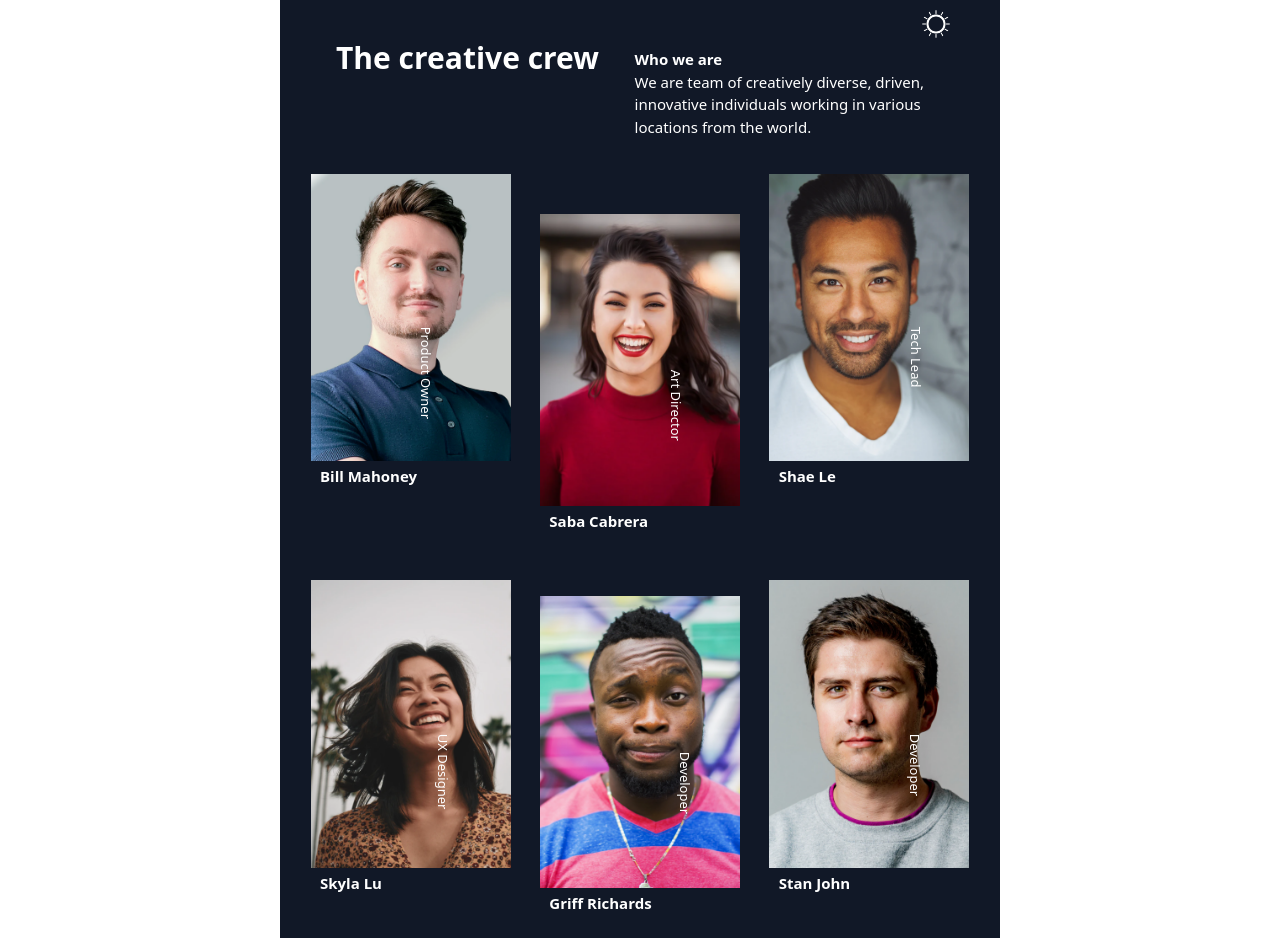
Repository: Alzate1075/Funval-G3-N2
Page: /
These files come from the project's save history. The page is drawn as it stood at one moment and after the next save; the edit follows.
The browser window is 1280 px wide. The pictures show the whole page.
The project was rebuilt for these pictures with package versions that can differ from the ones it lists, and the page was loaded fresh each time. Also part of the build but not shown: vite.config.js.

Above is the page before, as saved 2025-07-03 11:11:14.

After the next save:
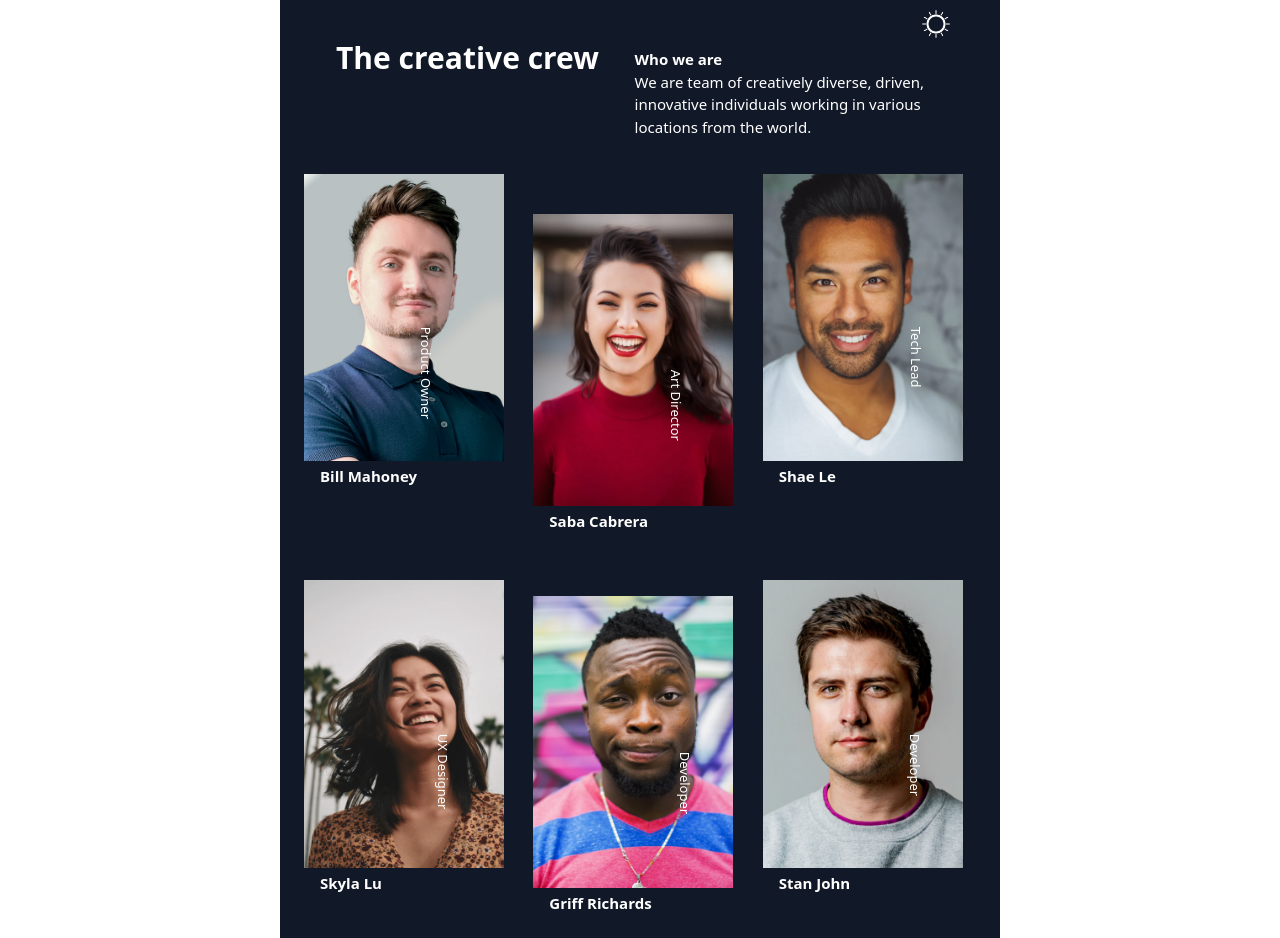
Saved 16 s later.
--- a/src/components/TeamCard.jsx
+++ b/src/components/TeamCard.jsx
@@ -2,7 +2,7 @@
 export function TeamCard(props) {
   return (
     <div className={`${props.extraClass}`}>
-      <div className="text-black md:text-white md:flex md:items-center md:justify-center gap-2 relative">
+      <div className="text-black md:text-white md:flex gap-2 relative">
         <img src={props.image} alt={props.name} className="md:w-[200px] w-20" />
         <span className="absolute right-0 top-1/2 -translate-y-end rotate-90 origin-left text-[10px] md:text-[13px]">
           {props.role}

After the save that followed:
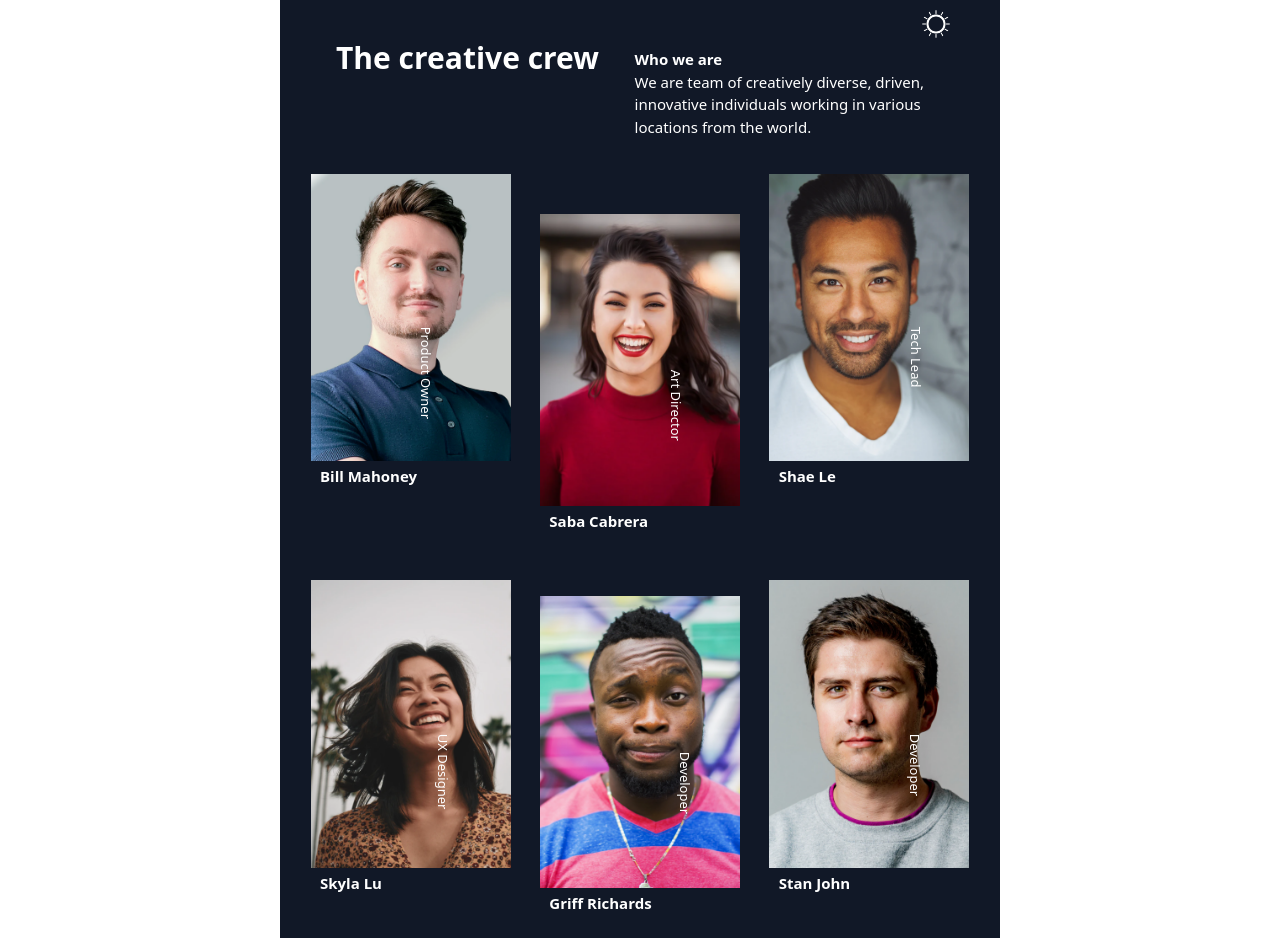
Saved 8 s later.
--- a/src/components/TeamCard.jsx
+++ b/src/components/TeamCard.jsx
@@ -2,7 +2,7 @@
 export function TeamCard(props) {
   return (
     <div className={`${props.extraClass}`}>
-      <div className="text-black md:text-white md:flex gap-2 relative">
+      <div className="text-black md:text-white md:flex md:items-center md:justify-center gap-2 relative">
         <img src={props.image} alt={props.name} className="md:w-[200px] w-20" />
         <span className="absolute right-0 top-1/2 -translate-y-end rotate-90 origin-left text-[10px] md:text-[13px]">
           {props.role}
